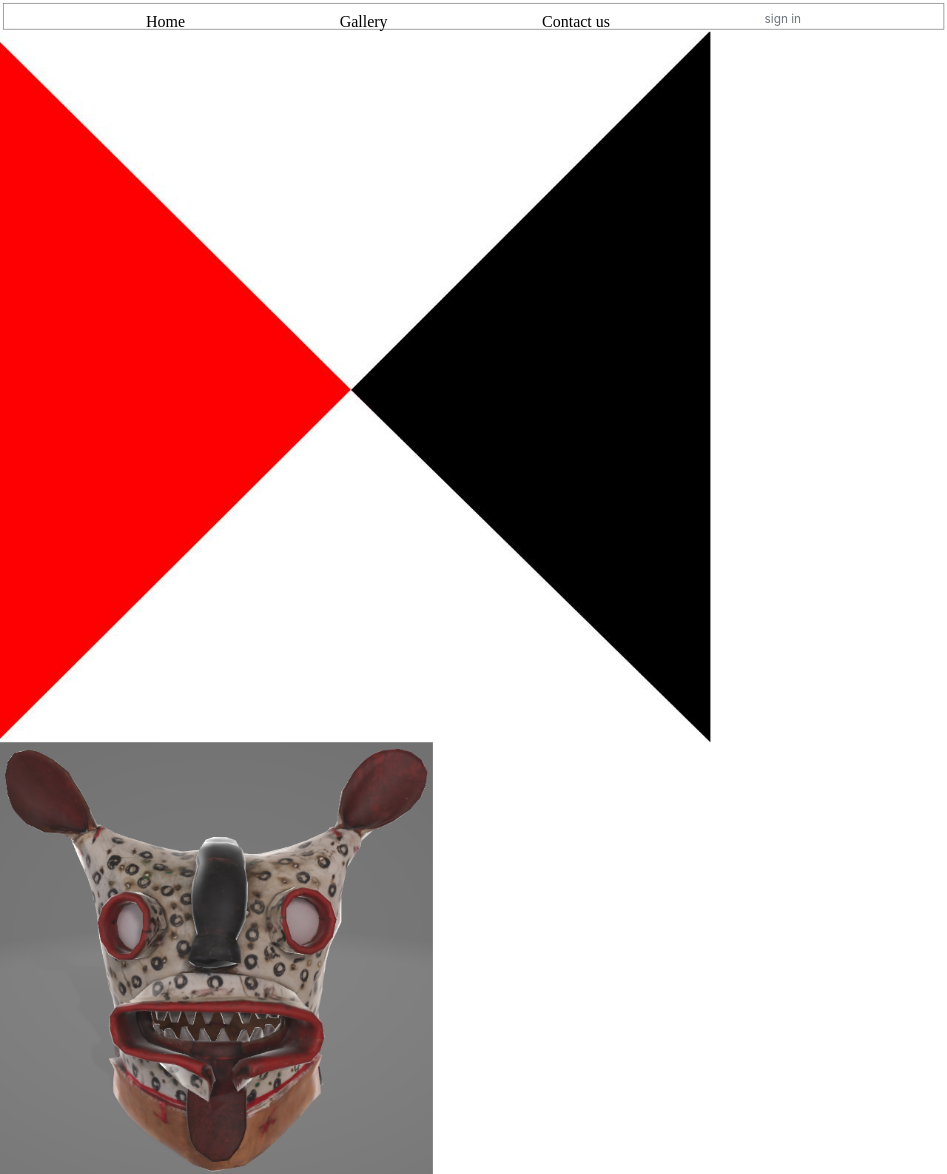
Repository: lmencos/eyesFollow
Page: html/proyectos.html
The author's editor kept a copy of each file at every save. The page is drawn from the files as they stood at one save, then again after the next save.
The browser window is 1280 px wide. The pictures show the whole page, at 74% of full size.
Some web fonts or font styles are not loaded; a fallback is used.

Above is the page before, as saved 2019-08-28 16:55:16.

After the next save:
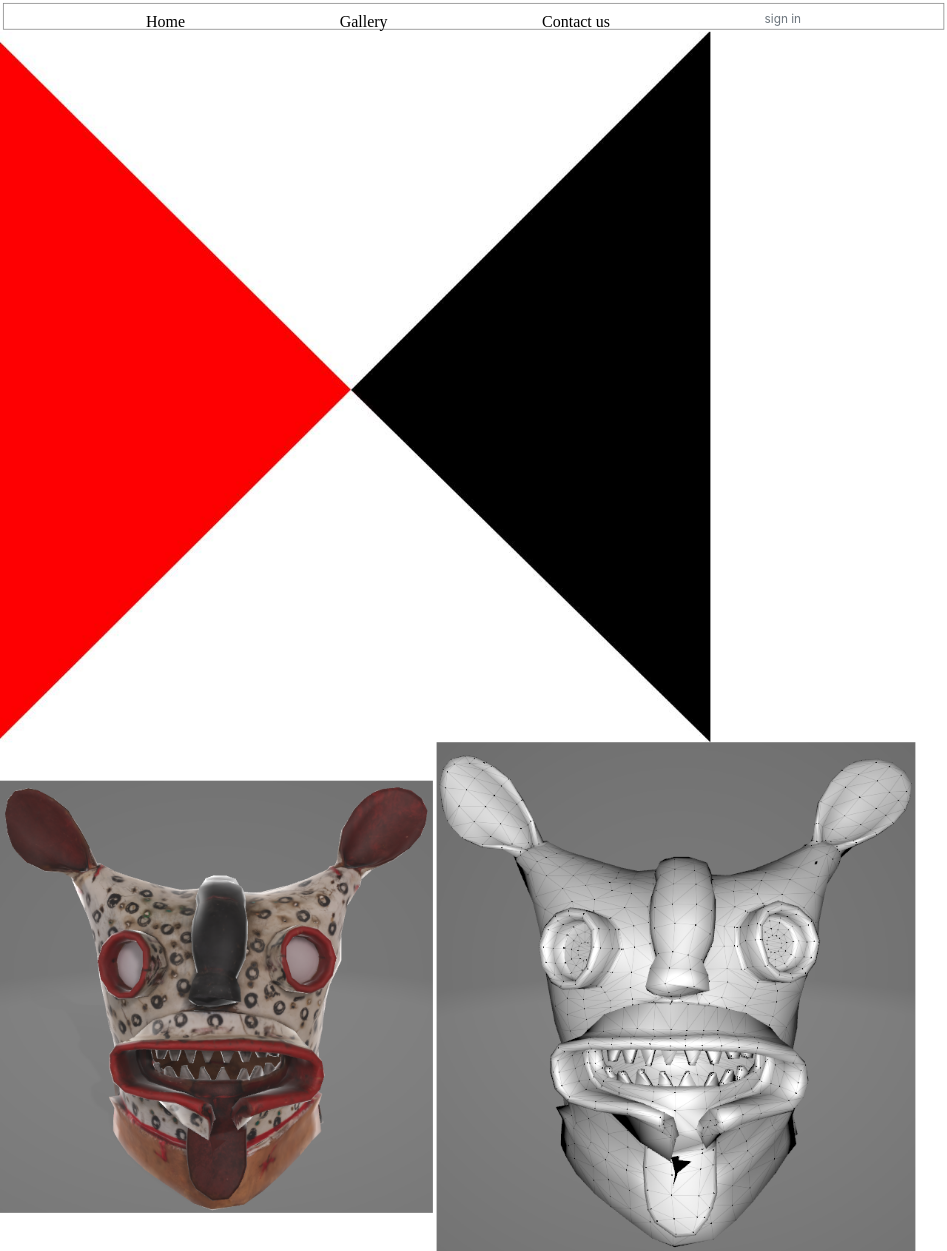
Saved 12 s later.
--- a/html/proyectos.html
+++ b/html/proyectos.html
@@ -35,6 +35,7 @@
     <section>
         <img src="../sources/cubo01.jpg" alt="">
         <img src="../sources/mask-05.png" alt="">
+        <img src="../sources/mask-06.png" alt="">
     </section>
 
     <!-- Optional JavaScript -->
